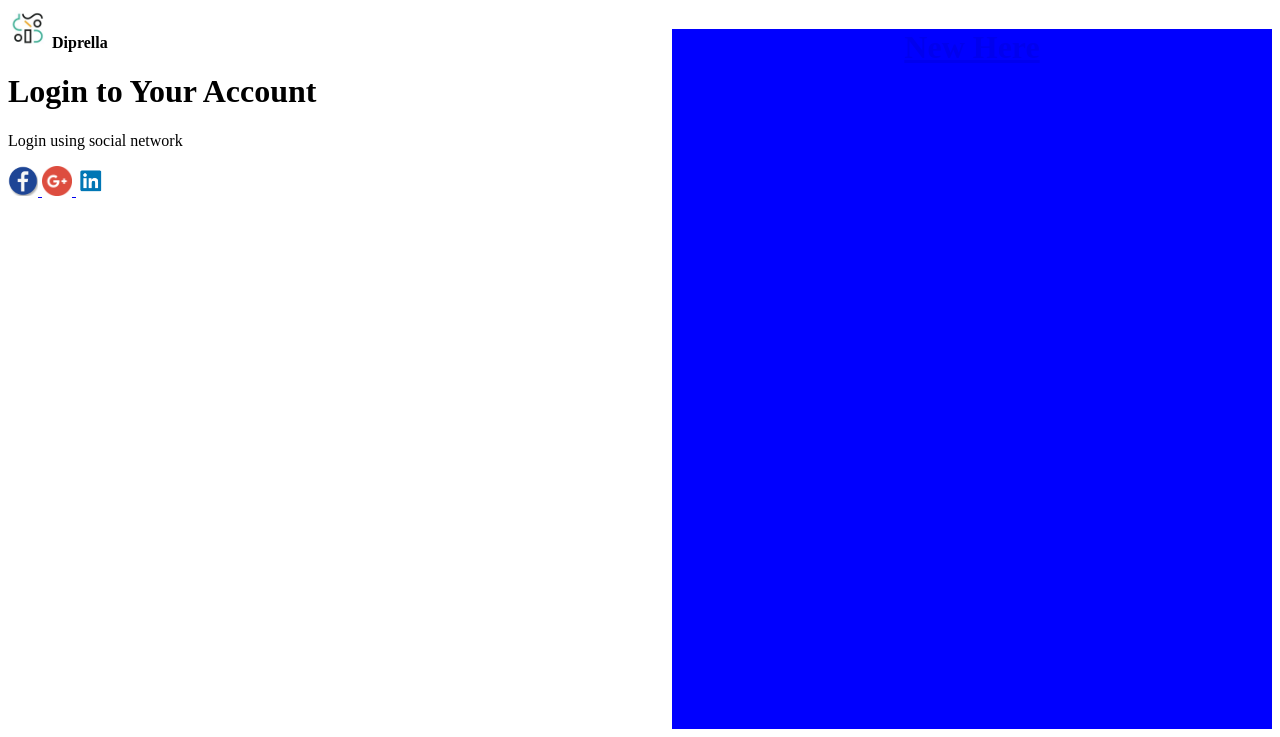
Repository: Tobby004/bdc-assignment-3
Page: task.html
The author's editor kept a copy of each file at every save. The page is drawn from the files as they stood at one save, then again after the next save.
The browser window is 1280 px wide. The pictures show the whole page.

Above is the page before, as saved 2023-02-21 09:23:39.

### task.html
<!DOCTYPE html>
<html lang="en">
<head>
    <meta charset="UTF-8">
    <meta http-equiv="X-UA-Compatible" content="IE=edge">
    <meta name="viewport" content="width=device-width, initial-scale=1.0">
    <title>Document</title>
    <link rel="stylesheet" href="task.css">
</head>
<body>
    <div class="box-container">
    <div class="box1">
    <header id="logo"><img src="diprella.JPG"  height="40px" alt="diprella"</header>
    <b>Diprella</b>
    <h1>Login to Your Account</h1>
    <p>Login using social network</p>
        <div class="logo">
            <a href="#"><img src="facebook.png" height="30px"</a>
            <a href="#"><img src="googe plus.png" height="30px"</a>
            <a href="#"><img src="linkedin.png" height="30px"</a>
           </div>
        </div>
        <div class="box2">
            <h1>New Here</h1>

        </div>


    </div>
</body>
</html>

### task.css
* {
    box-sizing: border-box;
}

.box-container {
display: flex;
}
.box1 {
    background-color: white;
    display: flex;
    width: 800px;
    height: 700px;
}
.box2 {
    background-color: blue;
    height: 700px;
    width: 600px;
}
h1{
    text-align: center;
}

After the next save:
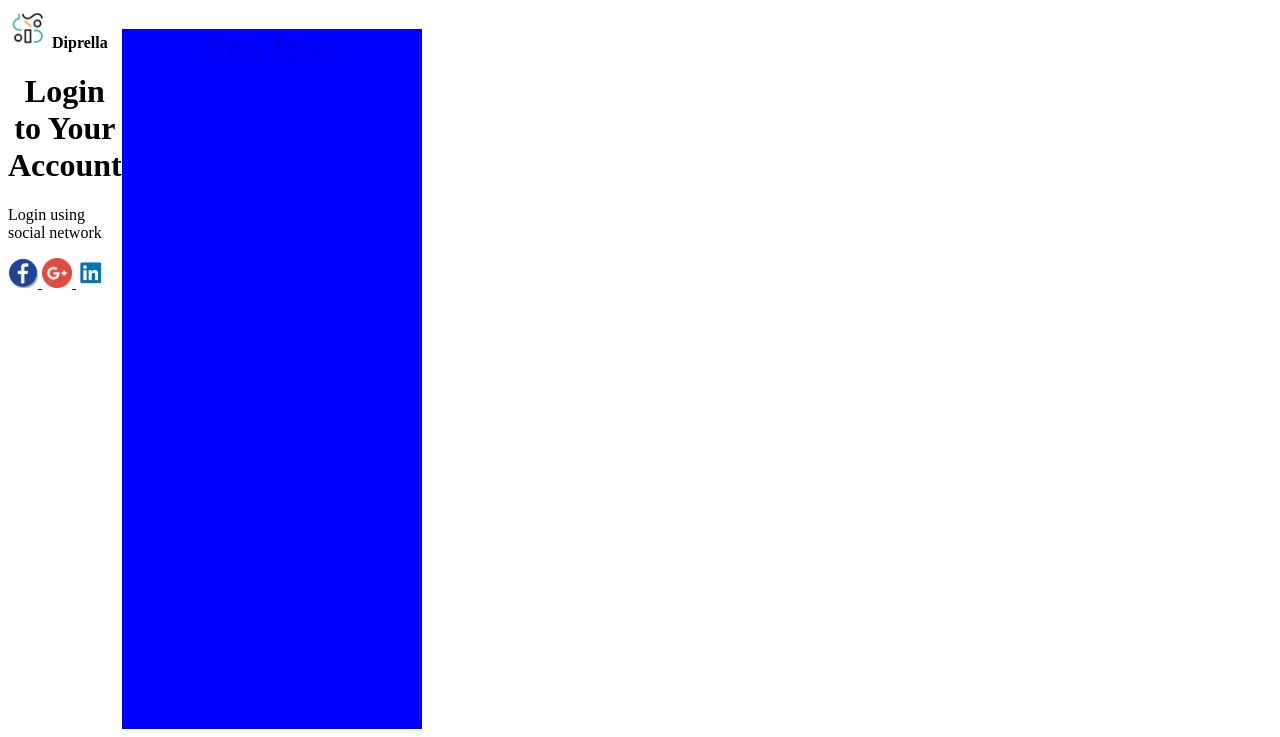
Saved 87 s later.
--- a/task.css
+++ b/task.css
@@ -3,7 +3,8 @@
 }
 
 .box-container {
-display: flex;
+   display: flex;
+   max-width: 100px;
 }
 .box1 {
     background-color: white;
@@ -14,7 +15,7 @@ display: flex;
 .box2 {
     background-color: blue;
     height: 700px;
-    width: 600px;
+    width: 300px;
 }
 h1{
     text-align: center;
